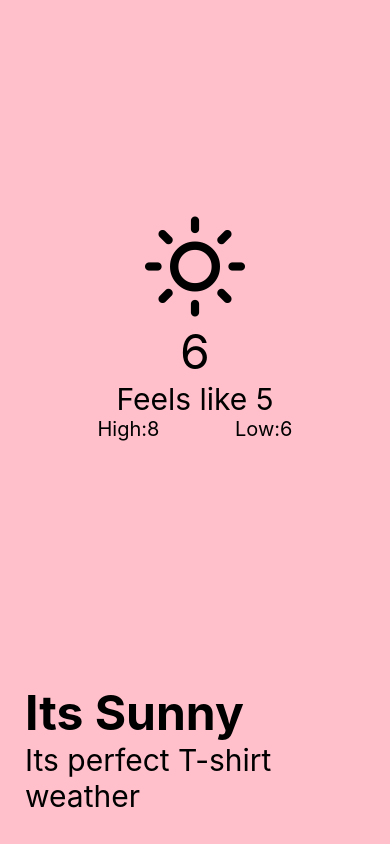
Repository: RossDee/WeatherApp
Screen: /
The author's editor kept a copy of each file at every save. The screen is drawn from the files as they stood at one save, then again after the next save.
The app was drawn by React Native's web renderer in a window 390 px wide. The project was rebuilt for these pictures with package versions that can differ from the ones it lists, and the page was loaded fresh each time.

Above is the screen before, as saved 2023-10-14 21:30:00.

### App.js
import React from 'react';
import { SafeAreaView, StyleSheet, Text, View } from 'react-native';
import {Feather} from '@expo/vector-icons'

const App = () => {
  return (
    <SafeAreaView style = {style.wrapper}>
    <View style = {style.container}>
      <Feather name = "sun" size = {100} color = "black" />
      <Text style={style.temp} >6</Text>
      <Text style = {style.feels}>Feels like 5</Text>
      <View style = {style.highLowWrapper}>
        <Text style = {style.highLow}>High:8</Text>
        <Text style = {style.highLow}>Low:6</Text>
      </View>
    </View>
    <View style = {style.bodyWrapper}>
        <Text style = {style.description}>Its Sunny</Text>
      <Text style = {style.message}>Its perfect T-shirt weather</Text>
    </View>
    </SafeAreaView>
  )
}
const style  =StyleSheet.create({
  wrapper:{
    flex:1,
    backgroundColor:'pink',
  },
  container:{
    backgroundColor:'pink',
    flex:1,
    alignItems:'center',
    justifyContent:'center',
  },
  temp:{
    color:'black',
    fontSize:48,
 },
 feels:{
   color:'black',
   fontSize:30,
 },
  highLow:{
    color:'black',
    fontSize:20,
  },
  highLowWrapper:{
    flexDirection:'row',
    justifyContent:'space-between',
    width:'50%',
  },
  bodyWrapper:{
    width:'90%',
    padding:10,
    borderRadius:20,
    marginTop:20,
    paddingLeft:25,
    marginBottom:20,
  },
  description:{
    fontSize:48,
    fontWeight:'bold',
  },
  message:{
    fontSize:30,
  }
})

export default App

After the next save:
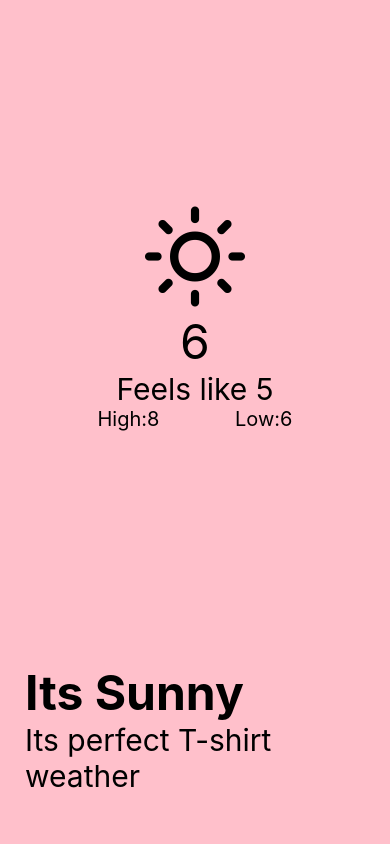
Saved 4 s later.
--- a/App.js
+++ b/App.js
@@ -55,7 +55,7 @@ const style  =StyleSheet.create({
     borderRadius:20,
     marginTop:20,
     paddingLeft:25,
-    marginBottom:20,
+    marginBottom:40,
   },
   description:{
     fontSize:48,
